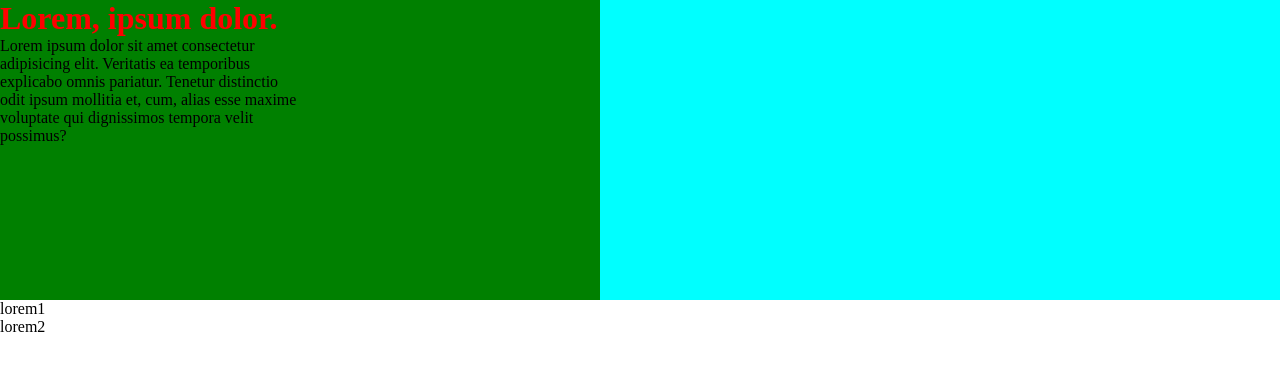
Repository: AytacSafarova/Scss-sample
Page: pages/homePage/index.html
The author's editor kept a copy of each file at every save. The page is drawn from the files as they stood at one save, then again after the next save.
The browser window is 1280 px wide. The pictures show the whole page.
The style sheet was rebuilt from its Sass, Less or Tailwind sources for each picture, by a compiler version that may differ from the author's.

Above is the page before, as saved 2023-11-09 14:27:48.

After the next save:
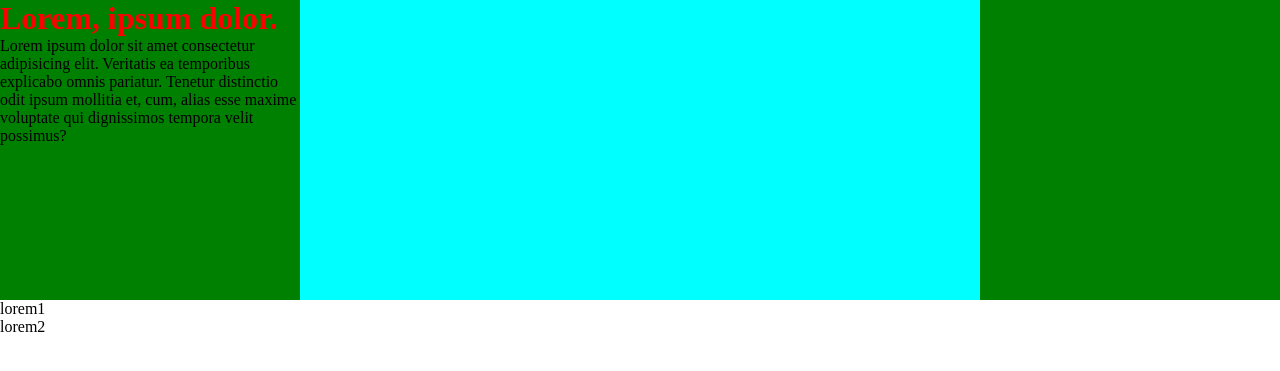
Saved 4 s later.
--- a/pages/homePage/index.scss
+++ b/pages/homePage/index.scss
@@ -8,7 +8,7 @@ $boxColor:green;
 }
 @mixin display-style{
     display:flex;
-    justify-contenht:space-between;
+    justify-content:space-between;
     align-items:center;
 }
 .container {
